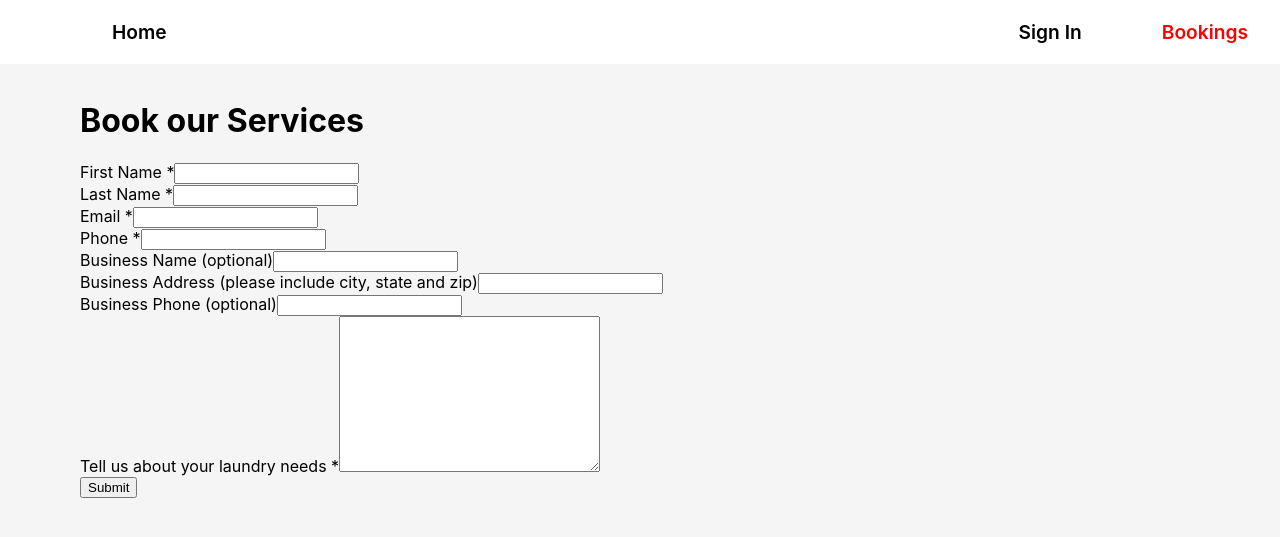
Repository: MikkyPrestige/fake-user-authentication
Page: /booking
An editor plug-in stored every save of this project. The page is shown before and after the next save, followed by the edit.
The browser window is 1280 px wide. The pictures show the whole page.
The project was rebuilt for these pictures with package versions that can differ from the ones it lists, and the page was loaded fresh each time. Also part of the build but not shown: src/assets/styles/home.css, src/components/home.jsx.

Above is the page before, as saved 2022-11-20 02:51:01.

### src/index.css
body {
  margin: 0;
  font-family: -apple-system, BlinkMacSystemFont, 'Segoe UI', 'Roboto', 'Oxygen',
    'Ubuntu', 'Cantarell', 'Fira Sans', 'Droid Sans', 'Helvetica Neue',
    sans-serif;
  -webkit-font-smoothing: antialiased;
  -moz-osx-font-smoothing: grayscale;
  /* background-image: url(./assets/img/pattern_blue-1.jpg);
  background-repeat: no-repeat;
  background-size: cover;
  background-position: center;
  background-attachment: fixed; */
}

code {
  font-family: source-code-pro, Menlo, Monaco, Consolas, 'Courier New',
    monospace;
}

### src/App.jsx
import React from "react";
import { Route, Routes } from "react-router-dom";
import { Home, Navigation, Booking } from "./components";

function App() {
  return (
    <div className="App">
      <Navigation />
      <Routes>
      <Route path="/" element={< Home />} />
      <Route path="/booking" element={< Booking />} />
      </Routes>
    </div>
  );

}

export default App;

### src/components/index.js
export { default as Home } from './home';
export { default as Navigation } from './navigation';
export { default as Booking } from './booking';

### src/components/navigation.jsx
// NAVIGATION COMPONENT

import React from "react";
import { NavLink } from "react-router-dom";
import "../assets/styles/navigation.css";

const Navigation = () => {
  return (
    <div className="navigation">
      <nav className="navigation__links">
        <div className="navigation--link">
          <NavLink
            style={({ isActive }) =>
              isActive ? { color: "red" } : { color: "black" }
            }
            to="/"
            className="navigation__link--item"
          >
            Home
          </NavLink>
        </div>
        <div className="navigation__link--wrapper">
          <NavLink
            style={({ isActive }) =>
              isActive ? { color: "red" } : { color: "black" }
            }
            to="/signIn"
            className="navigation__link--item"
          >
            Sign In
          </NavLink>
          <NavLink
            style={({ isActive }) =>
              isActive ? { color: "red" } : { color: "black" }
            }
            to="/booking"
            className="navigation__link--item"
          >
            Bookings
          </NavLink>
        </div>
      </nav>
    </div>
  );
};

export default Navigation;

### src/components/booking.jsx
// REGISTER COMPONENT: This component is for the form to register with the company in the app

import React from "react";
import { useState } from "react";
import "../assets/styles/booking.css";

const Booking = () => {
  // Create a state for the form
  const [form, setForm] = useState({
    firstName: "",
    lastName: "",
    email: "",
    businessName: "",
    businessAddress: "",
    businessPhone: "",
    order: "",
  });

  // Create a state for the error
  const [error, setError] = useState({});
  // Create a state for the success
  const [success, setSuccess] = useState(false);

  // Create a function to handle the change
  const handleChange = (e) => {
    const { name, value } = e.target;
    setForm({ ...form, [name]: value }); // A spread operator is used to copy the form object and then add the name and value to the form object and then set the form object to the new form object with the name and value added to it
  };

  // Create a function to handle the submit
  const handleSubmit = (e) => {
    e.preventDefault();
    console.log(form);
    // Validate the form
    const validate = () => {
      let error = {};
      if (!form.firstName) {
        error.firstName = "First name is required";
      }
      if (!form.lastName) {
        error.lastName = "Last name is required";
      }
      if (!form.email) {
        error.email = "Email is required";
      }
      if (!form.phone) {
        error.phone = "Phone Number is required";
      }
      if (!form.order) {
        error.order = "Order is required";
      }
      return error;
    };
    // Set the error
    setError(validate());
    // Check if there is no error
    if (Object.keys(validate()).length === 0) {
      setSuccess(true);
    }
  };

  return (
    <div className="booking">
      <div className="booking__content">
        <h1 className="booking__title">Book our Services</h1>
        <form className="booking__form" onSubmit={handleSubmit}>
          <div className="booking__form--group">
            <label htmlFor="firstName" className="booking__form--label">
              First Name *
            </label>
            <input
              type="text"
              name="firstName"
              id="firstName"
              className="booking__form--input"
              onChange={handleChange}
              required
            />
            {error.firstName && (
              <p className="booking__form--error">{error.firstName}</p>
            )}
          </div>
          <div className="booking__form--group">
            <label htmlFor="lastName" className="booking_form--label">
              Last Name *
            </label>
            <input
              type="text"
              name="lastName"
              id="lastName"
              className="booking__form--input"
              onChange={handleChange}
              required
            />
            {error.lastName && (
              <p className="booking__form--error">{error.lastName}</p>
            )}
          </div>
          <div className="booking__form--group">
            <label htmlFor="email" className="booking__form--label">
              Email *
            </label>
            <input
              type="email"
              name="email"
              id="email"
              className="booking__form--input"
              onChange={handleChange}
              required
            />
            {error.email && (
              <p className="booking__form--error">{error.email}</p>
            )}
          </div>
          <div className="booking__form--group">
            <label htmlFor="phone" className="booking__form--label">
              Phone *
            </label>
            <input
              type="tel"
              name="phone"
              id="phone"
              className="booking__form--input"
              onChange={handleChange}
              required
            />
            {error.phone && (
              <p className="booking__form--error">{error.phone}</p>
            )}
          </div>
          <div className="booking__form--group">
            <label htmlFor="businessName" className="booking__form--label">
              Business Name (optional)
            </label>
            <input
              type="text"
              name="businessName"
              id="businessName"
              className="booking__form--input"
              onChange={handleChange}
            />
          </div>
          <div className="booking__form--group">
            <label htmlFor="businessAddress" className="booking__form--label">
              Business Address (please include city, state and zip)
            </label>
            <input
              type="text"
              name="businessAddress"
              id="businessAddress"
              className="booking__form--input"
              onChange={handleChange}
            />
          </div>
          <div className="booking__form--group">
            <label htmlFor="businessPhone" className="booking__form--label">
              Business Phone (optional)
            </label>
            <input
              type="text"
              name="businessPhone"
              id="businessPhone"
              className="booking__form--input"
              onChange={handleChange}
            />
          </div>
          <div className="booking__form--group">
            <label htmlFor="order" className="booking__form--label">
              Tell us about your laundry needs *
            </label>
            <textarea
              name="order"
              id="order"
              cols="30"
              rows="10"
              className="booking__form--input"
              onChange={handleChange}
              required
            ></textarea>
            {error.order && (
              <p className="booking__form--error">{error.order}</p>
            )}
          </div>
          <button className="booking__form--button">Submit</button>
        </form>
        {success && (
          <p className="booking__form--success">
            Your order is received and been fast tracked.
            <span>Thank you for choosing us.</span>
          </p>
        )}
      </div>
    </div>
  );
};

export default Booking;

### src/assets/styles/navigation.css
.navigation {
    background-color: #fff;
    height: 4rem;
    position: fixed;
    top: 0;
    width: 100%;
    z-index: 100;
}

.navigation__links {
    display: flex;
    justify-content: space-between;
    align-items: center;
    height: 100%;
    padding: 0 2rem;
}

.navigation__link--item {
    font-size: 1.2rem;
    font-weight: 600;
    text-decoration: none;
}

.navigation--link {
  margin-left: 5rem;
}

.navigation__link--wrapper {
  display: flex;
  align-items: center;
  gap: 5rem;
}

### src/assets/styles/booking.css
.booking {
  background: #f5f5f5;
  padding: 5rem;
}

Loaded but not shown: public/index.html (common file); src/index.js (common file)

After the next save:
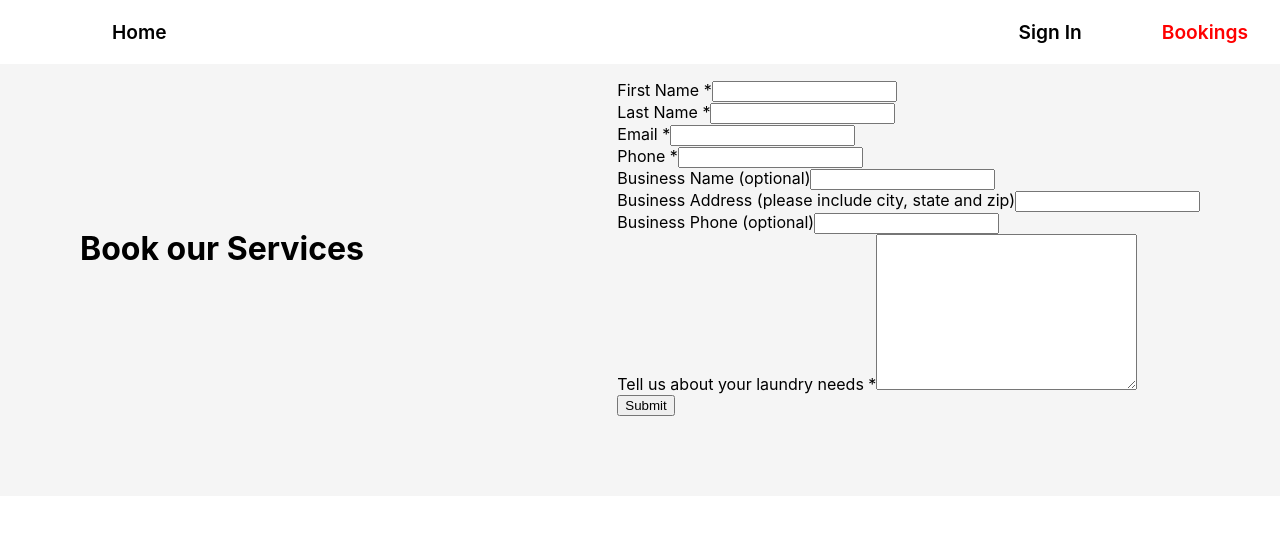
Saved 48 s later.
--- a/src/assets/styles/booking.css
+++ b/src/assets/styles/booking.css
@@ -2,3 +2,10 @@
   background: #f5f5f5;
   padding: 5rem;
 }
+
+.booking__content {
+  display: flex;
+  justify-content: space-between;
+  align-items: center;
+  height: 100%;
+}
